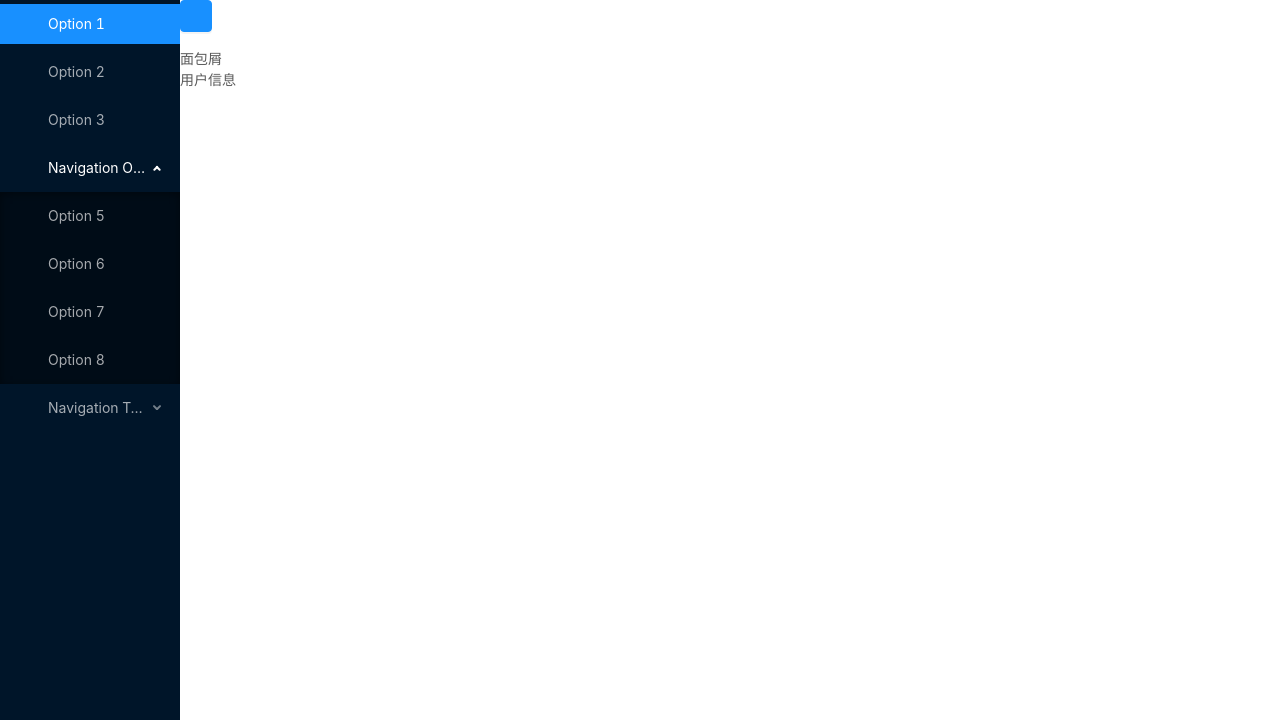
Repository: Ysleave/mall-app
Page: /
An editor plug-in stored every save of this project. The page is shown before and after a run of saves, followed by the edit.
The browser window is 1280 px wide. The pictures show the whole page.
The project was rebuilt for these pictures with package versions that can differ from the ones it lists, and the page was loaded fresh each time.

Above is the page before, as saved 2021-01-15 21:42:29.

After the next 2 saves:
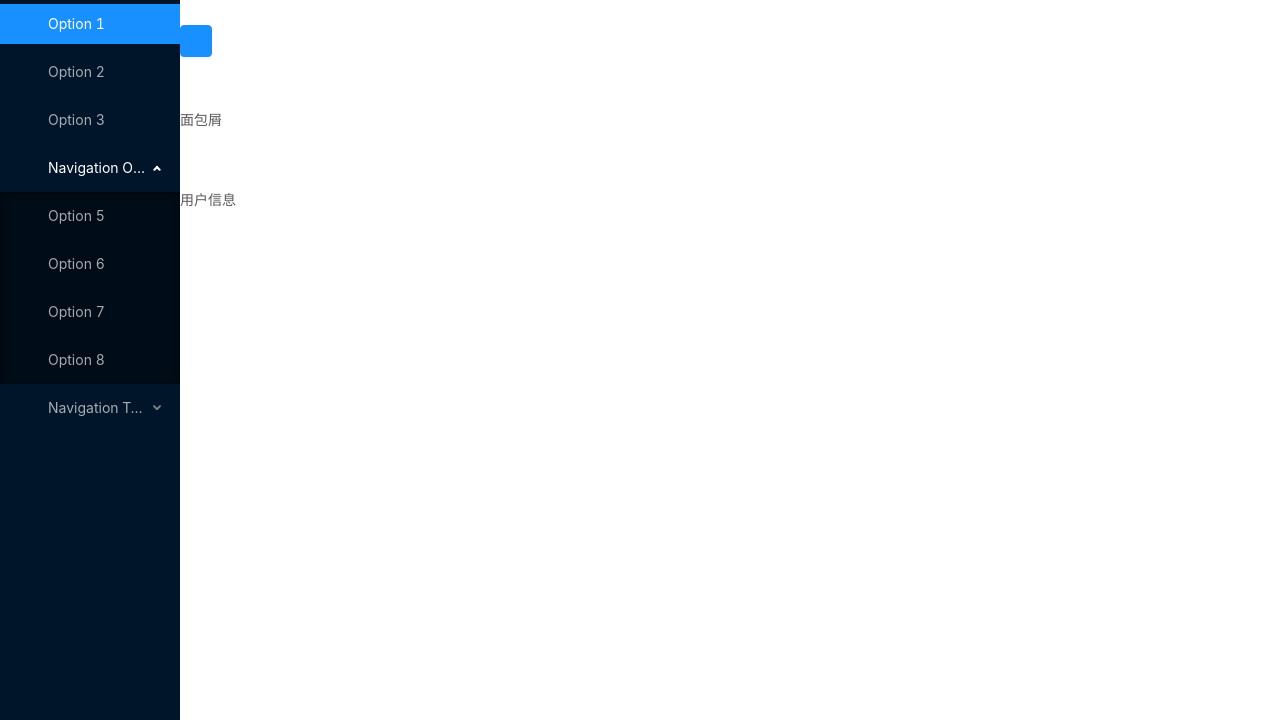
The 2 saves are shown as one change because 1 did not build or start.
The last was saved 36 s later.
--- a/src/views/home.vue
+++ b/src/views/home.vue
@@ -47,7 +47,8 @@ export default {
       margin-left: 80px;
     }
     .headWrapper{
-
+        height: 80px;
+        line-height: 80px;
     }
   }
 }
